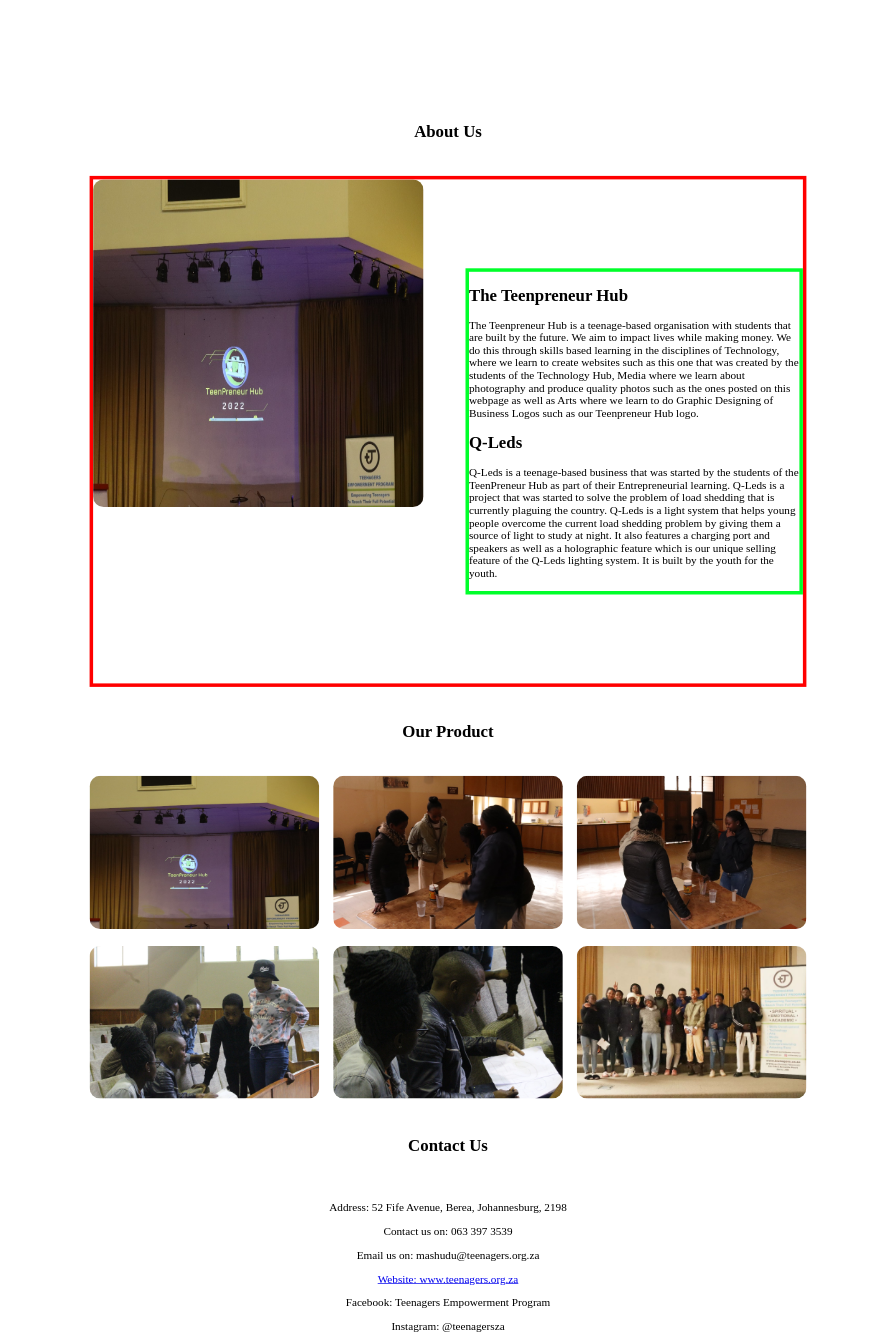
Repository: chadrackkyungu/4-BCT-TPH-Website
Page: index.html
An editor plug-in stored every save of this project. The page is shown before and after the next save, followed by the edit.
The browser window is 1280 px wide. The pictures show the part of the page from y = 816 to 2736 px (the page is 2736 px tall before and 2726 px after), at 70% of full size.

Above is the page before, as saved 2022-10-21 09:30:11.

### index.html
<!DOCTYPE html>
<html lang="en">

<head>
    <meta charset="UTF-8">
    <meta http-equiv="X-UA-Compatible" content="IE=edge">
    <meta name="viewport" content="width=device-width, initial-scale=1.0">
    <title> TPH LAB </title>
    <link rel="stylesheet" href="/src/css/style.css">
</head>

<body>

    <div class="navigation">
        <div class="logocontainer">
            <img class="image1" src="./src/images/logo.png" alt="">
        </div>

        <ul class="nav-link">
            <a href="#about">
                <li>About</li>
            </a>
            <a href="#product">
                <li>Our Product</li>
            </a>
            <a href="#contact">
                <li>Contact Us</li>
            </a>
        </ul>
    </div>

    <div class="section1">
        <h2 class="title"> TEEN PRENEUR HUB 2022</h2>

        <div class="image-container">
            <img src="./src/images/img-2.jpeg" alt="">
        </div>
    </div>

    <div class="section1">
        <a id="about">
            <h2 class="title"> About Us</h2>
        </a>

        <div class="aboutcontainer">
            <div class="image-container">
                <img src="./src/images/img-4.jpeg" alt="">
            </div>


            <div class="contentcontainer">
                <h2>The Teenpreneur Hub</h2>

                <p>The Teenpreneur Hub is a teenage-based organisation with students that are built by the future. We aim to impact lives while making money. We do this through skills based learning in the disciplines of Technology, where we learn to create
                    websites such as this one that was created by the students of the Technology Hub, Media where we learn about photography and produce quality photos such as the ones posted on this webpage as well as Arts where we learn to do Graphic
                    Designing of Business Logos such as our Teenpreneur Hub logo.</p>

                <h2>Q-Leds</h2>

                <p>Q-Leds is a teenage-based business that was started by the students of the TeenPreneur Hub as part of their Entrepreneurial learning. Q-Leds is a project that was started to solve the problem of load shedding that is currently plaguing
                    the country. Q-Leds is a light system that helps young people overcome the current load shedding problem by giving them a source of light to study at night. It also features a charging port and speakers as well as a holographic feature
                    which is our unique selling feature of the Q-Leds lighting system. It is built by the youth for the youth.
                </p>

            </div>

        </div>
    </div>

    <div class="section1">
        <a id="product">
            <h2 class="title">Our Product</h2>
        </a>


        <div class="productcontainer">
            <div class="prductimagecontainer">
                <img src="./src/images/img-4.jpeg" alt="">
            </div>
            <div class="prductimagecontainer">
                <img src="./src/images/img-5.jpeg" alt="">
            </div>
            <div class="prductimagecontainer">
                <img src="./src/images/img-6.jpeg" alt="">
            </div>
            <div class="prductimagecontainer">
                <img src="./src/images/img-7.jpeg" alt="">
            </div>
            <div class="prductimagecontainer">
                <img src="./src/images/img-8.jpeg" alt="">
            </div>
            <div class="prductimagecontainer">
                <img src="./src/images/img-9.jpeg" alt="">
            </div>

        </div>
    </div>

    <div class="section1">
        <a id="contact">
            <h2 class="title"> Contact Us</h2>
        </a>

        <div class="contactcontainer">
            <div class="contactcontent">
                <P>Address: 52 Fife Avenue, Berea, Johannesburg, 2198</P>
                <p>Contact us on: 063 397 3539</p>
                <p>Email us on: mashudu@teenagers.org.za</p>
                <p><a href="https://teenagers.org.za/" target=" "> Website: www.teenagers.org.za </a></p>
                <p>Facebook: Teenagers Empowerment Program</p>
                <p>Instagram: @teenagersza</p>
            </div>
        </div>
    </div>

    <div class="nav-link"> </div>
</body>
<html>

### src/css/style.css
html,
body {
    box-sizing: 0;
    margin: 0;
    padding: 0;
}


/* NAVBAR */

.navigation {
    background-color: #509e2e;
    display: flex;
    justify-content: space-around;
    align-items: center;
}

.image1 {
    width: 100px;
}

.nav-link {
    display: flex;
}

.nav-link li {
    list-style-type: none;
    padding: 5px;
    color: white;
}

.nav-link a {
    text-decoration: none !important;
}


/* SECTION 1 */

.section1 {
    width: 80%;
    margin: 0 auto;
}

img {
    border-radius: 15px;
}

.title {
    text-align: center;
    margin-bottom: 50px;
    margin-top: 50px;
}

.image-container {
    width: 100%;
    height: 100vh;
}

.image-container img {
    width: 100%;
    height: 65% !important;
}

.aboutcontainer {
    display: flex;
    justify-content: space-between;
    align-items: center;
    border: 5px solid red;
}

.contentcontainer {
    margin-left: 60px;
    border: 5px solid #00ff2a;
    width: 100%;
}

.productcontainer {
    display: grid;
    grid-template-columns: 1fr 1fr 1fr;
    gap: 20px;
}

.prductimagecontainer {
    width: 100%;
}

.prductimagecontainer img {
    width: 100%;
}

.contactcontainer {
    display: flex;
    justify-content: center;
    align-items: center;
}

.contactcontent {
    margin: auto 0;
    text-align: center;
}

.logocontainer {
    width: 10%;
}

.logocontainer img {
    width: 50%;
    border-radius: 100%;
}

After the next save:
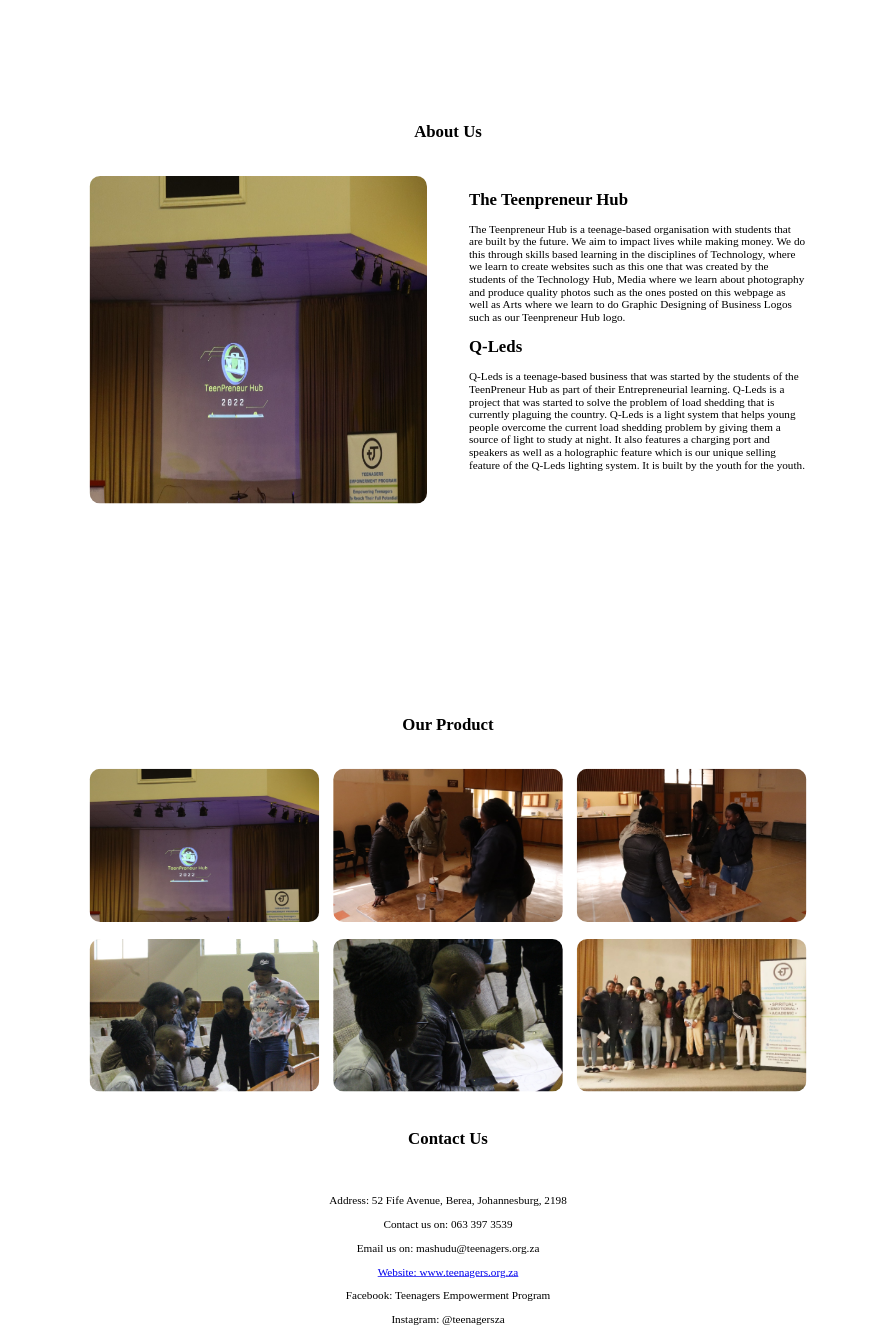
Saved 40 s later.
--- a/src/css/style.css
+++ b/src/css/style.css
@@ -64,14 +64,14 @@
 .aboutcontainer {
     display: flex;
     justify-content: space-between;
-    align-items: center;
-    border: 5px solid red;
+    /* align-items: center; */
+    /* border: 5px solid red; */
 }
 
 .contentcontainer {
     margin-left: 60px;
-    border: 5px solid #00ff2a;
     width: 100%;
+    /* border: 5px solid #00ff2a; */
 }
 
 .productcontainer {
